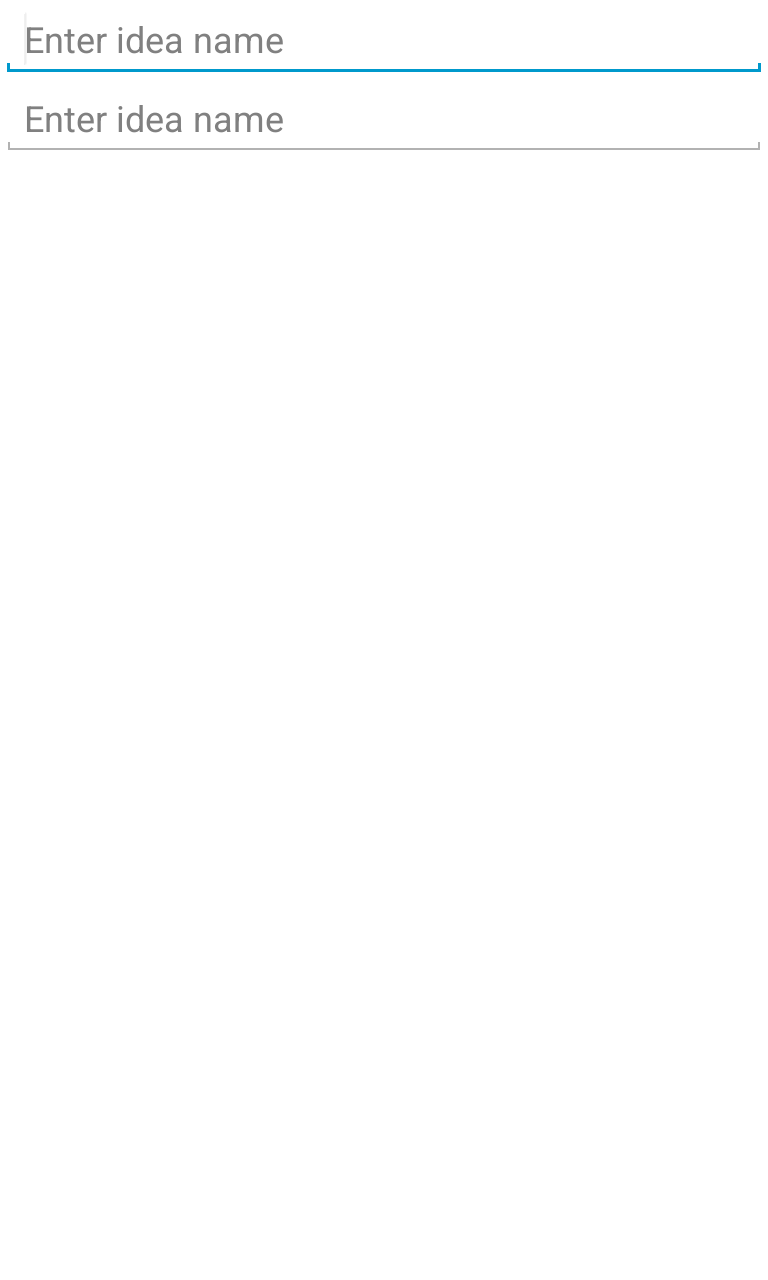
Repository: griffinfujioka/Ideas_Android
Layout: Ideas/res/layout/activity_new_idea.xml
The author's editor kept a copy of each file at every save. The layout is drawn from the files as they stood at one save, then again after the next save.
It is drawn on a 768 x 1280 px phone screen (xhdpi) without system bars, with theme AppTheme; the app's code is not run.

Above is the layout before, as saved 2013-11-14 06:14:53.

After the next save:
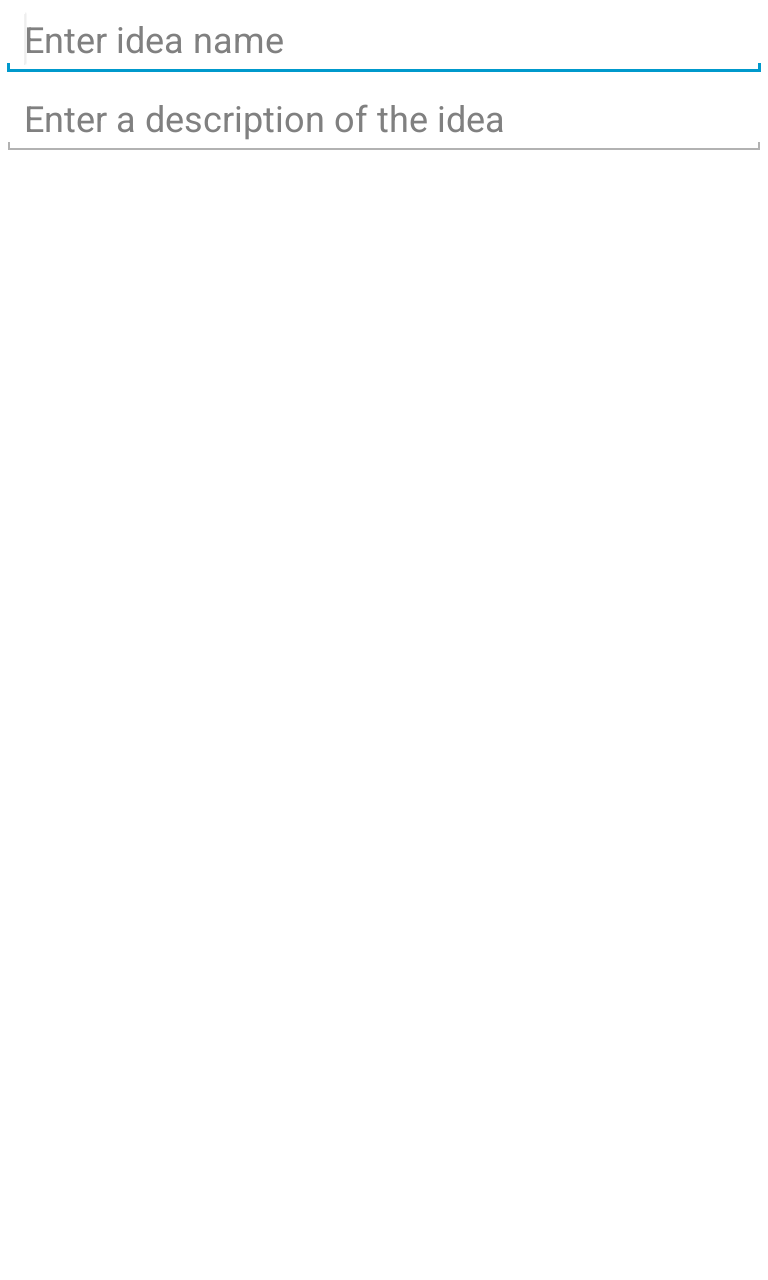
Saved 5 s later.
--- a/Ideas/res/layout/activity_new_idea.xml
+++ b/Ideas/res/layout/activity_new_idea.xml
@@ -32,7 +32,7 @@
             android:layout_height="wrap_content"
             android:ems="10"
             android:inputType="textMultiLine"
-            android:hint="@string/enter_idea_name"
+            android:hint="@string/enter_idea_description"
             android:layout_weight="1"/>
 
     </TableRow>
